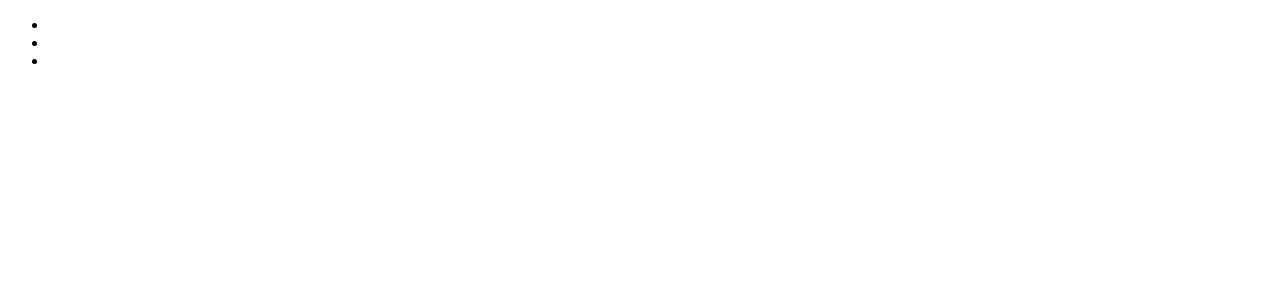
Repository: conchaasensio/ejercicios-en-clase-j
Page: modulo-2/leccion-2.2/ejercicio-8/index.html
The author's editor kept a copy of each file at every save. The page is drawn from the files as they stood at one save, then again after the next save.
The browser window is 1280 px wide. The pictures show the whole page.

Above is the page before, as saved 2020-06-29 18:10:09.
Console error: SyntaxError: Unexpected end of input

### modulo-2/leccion-2.2/ejercicio-8/index.html
<!DOCTYPE html>
<html lang="es">
  <head>
    <meta charset="UTF-8" />
    <meta name="viewport" content="width=device-width, initial-scale=1.0" />
    <title>Lista de perretes</title>
  </head>
  <body>
    <ul>
      <li class="firstDog"></li>
      <li class="secondDog"></li>
      <li class="thirdDog"></li>
    </ul>
    <script src="./main.js"></script>
  </body>
</html>

### modulo-2/leccion-2.2/ejercicio-8/main.js
'use strict';

const firstDogImage =
  'https://images.dog.ceo/breeds/schipperke/n02104365_8156.jpg';
const firstDogName = 'Dina';

const firstDog = document.querySelector('.firstDog');
firstDog.innerHTML = `${firstDogName} + ${firstDogImage};

// const secondDogImage =
//   'https://images.dog.ceo/breeds/collie-border/n02106166_355.jpg';
// const secondDogName = 'Luna';

// const thirdDogImage =
//   'https://images.dog.ceo/breeds/affenpinscher/n02110627_7065.jpg';
// const thirdDogName = 'Lana';

After the next save:
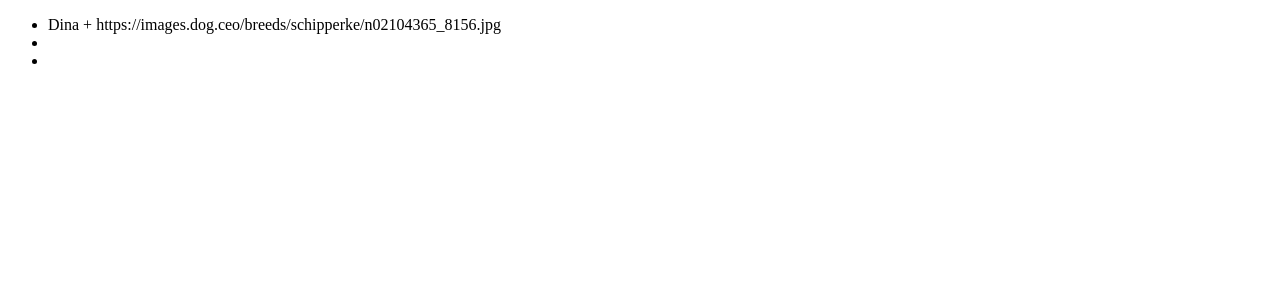
The error is gone.
Saved 11 s later.
--- a/modulo-2/leccion-2.2/ejercicio-8/main.js
+++ b/modulo-2/leccion-2.2/ejercicio-8/main.js
@@ -5,7 +5,7 @@ const firstDogImage =
 const firstDogName = 'Dina';
 
 const firstDog = document.querySelector('.firstDog');
-firstDog.innerHTML = `${firstDogName} + ${firstDogImage};
+firstDog.innerHTML = `${firstDogName} + ${firstDogImage}`;
 
 // const secondDogImage =
 //   'https://images.dog.ceo/breeds/collie-border/n02106166_355.jpg';
